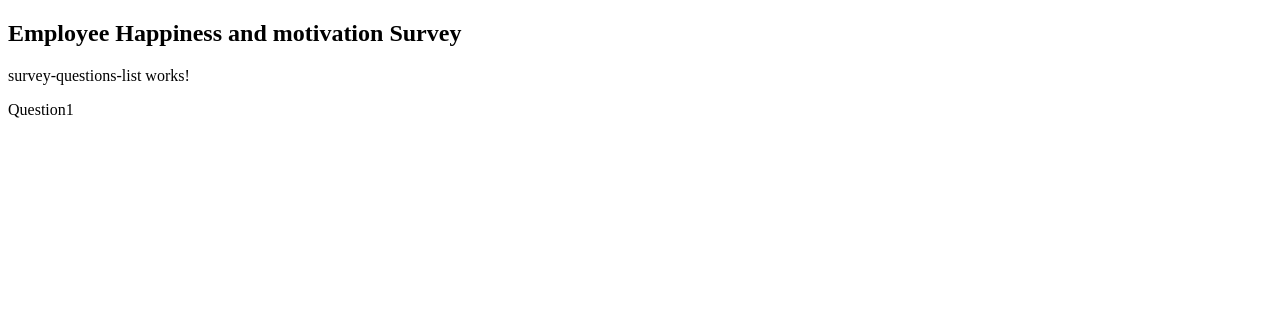
Repository: Itsjeet007y1/WeAce
Page: / (app in we-ace-frontend/)
These files come from the project's save history. The page is drawn as it stood at one moment and after the next save; the edit follows.
The browser window is 1280 px wide. The pictures show the whole page.
The project was rebuilt for these pictures with package versions that can differ from the ones it lists, and the page was loaded fresh each time. Also part of the build but not shown: we-ace-frontend/angular.json.

Above is the page before, as saved 2023-02-02 21:38:11.

After the next save:
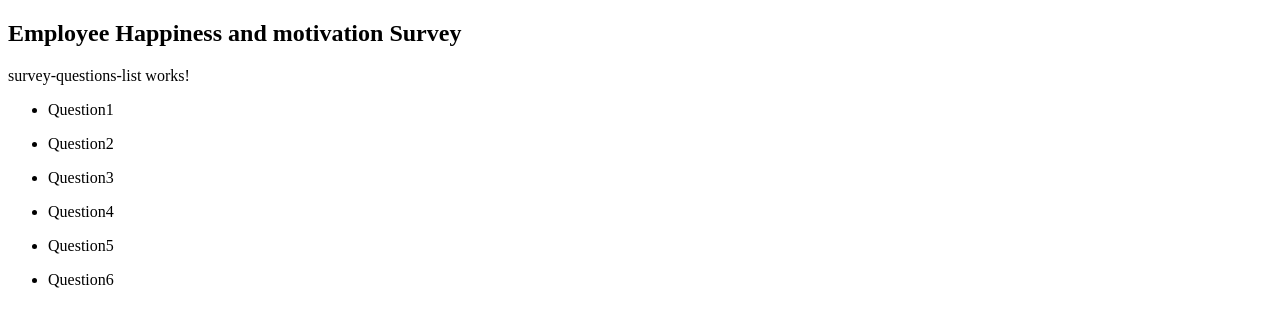
Saved 4 min 12 s later.
--- a/we-ace-frontend/src/app/survey-questions-list/survey-questions-list.component.html
+++ b/we-ace-frontend/src/app/survey-questions-list/survey-questions-list.component.html
@@ -1,2 +1,4 @@
 <p>survey-questions-list works!</p>
-<p>{{ questionList[0].question }}</p>
+<ul *ngFor="let question of questionList">
+    <li>{{ question.question }}</li>
+</ul>
